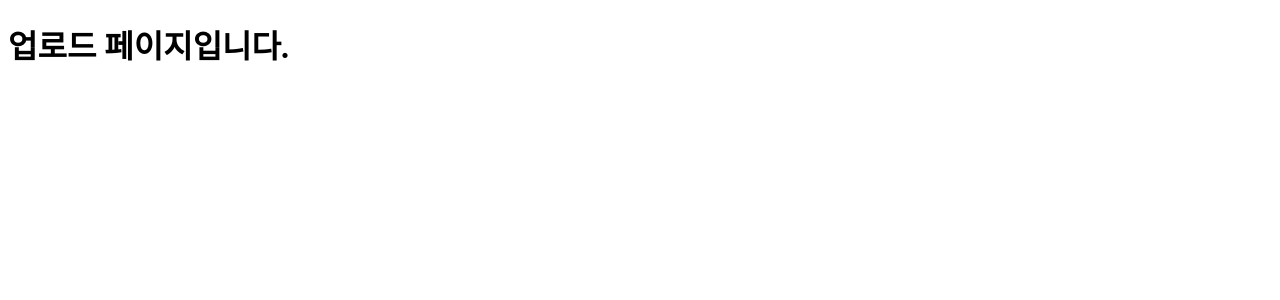
Repository: porivas/140630_Java
Page: http://localhost/Day1001mini01/upload
These files come from the project's save history. The page is drawn as it stood at one moment and after the next save; the edit follows.
The browser window is 1280 px wide. The pictures show the whole page.
The page is served by Tomcat 9. Other server files are loaded and not shown.

Above is the page before, as saved 2014-10-02 09:05:22.

### Day1001mini01/WebContent/WEB-INF/jsp/uploadPage.jsp
<%@ page language="java" contentType="text/html; charset=UTF-8"
    pageEncoding="UTF-8"%>
<!DOCTYPE html PUBLIC "-//W3C//DTD HTML 4.01 Transitional//EN" "http://www.w3.org/TR/html4/loose.dtd">
<html>
<head>

	<h1>업로드 페이지입니다.</h1>
</head>
<body>
</body>
</html>

### Day1001mini01/src/org/han/web/UploadController.java
package org.han.web;

import java.io.IOException;

import javax.servlet.RequestDispatcher;
import javax.servlet.ServletException;
import javax.servlet.annotation.WebServlet;
import javax.servlet.http.HttpServlet;
import javax.servlet.http.HttpServletRequest;
import javax.servlet.http.HttpServletResponse;

/**
 * Servlet implementation class UploadController
 */
@WebServlet("/upload")
public class UploadController extends HttpServlet {
	private static final long serialVersionUID = 1L;

    /**
     * @see HttpServlet#HttpServlet()
     */
    public UploadController() {
        super();
        // TODO Auto-generated constructor stub
    }

	/**
	 * @see HttpServlet#service(HttpServletRequest request, HttpServletResponse response)
	 */
	protected void service(HttpServletRequest request, HttpServletResponse response) throws ServletException, IOException {
		// TODO Auto-generated method stub
		RequestDispatcher dispatcher = request.getRequestDispatcher("/WEB-INF/jsp/uploadPage.jsp");
		dispatcher.forward(request, response);
	}

	/**
	 * @see HttpServlet#doGet(HttpServletRequest request, HttpServletResponse response)
	 */
	protected void doGet(HttpServletRequest request, HttpServletResponse response) throws ServletException, IOException {
		// TODO Auto-generated method stub
	}

	/**
	 * @see HttpServlet#doPost(HttpServletRequest request, HttpServletResponse response)
	 */
	protected void doPost(HttpServletRequest request, HttpServletResponse response) throws ServletException, IOException {
		// TODO Auto-generated method stub
	}

}

After the next save:
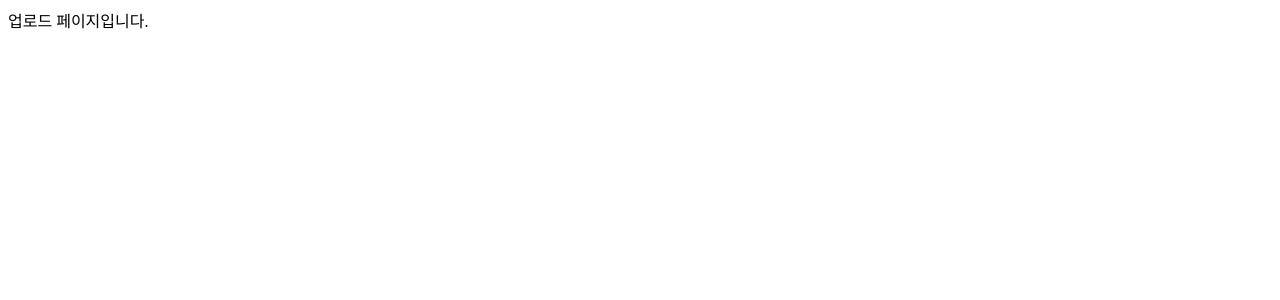
Saved 2 s later.
--- a/Day1001mini01/WebContent/WEB-INF/jsp/uploadPage.jsp
+++ b/Day1001mini01/WebContent/WEB-INF/jsp/uploadPage.jsp
@@ -2,8 +2,7 @@
     pageEncoding="UTF-8"%>
 <!DOCTYPE html PUBLIC "-//W3C//DTD HTML 4.01 Transitional//EN" "http://www.w3.org/TR/html4/loose.dtd">
 <html>
-<head>
-
+<head
 	<h1>업로드 페이지입니다.</h1>
 </head>
 <body>

After the save that followed:
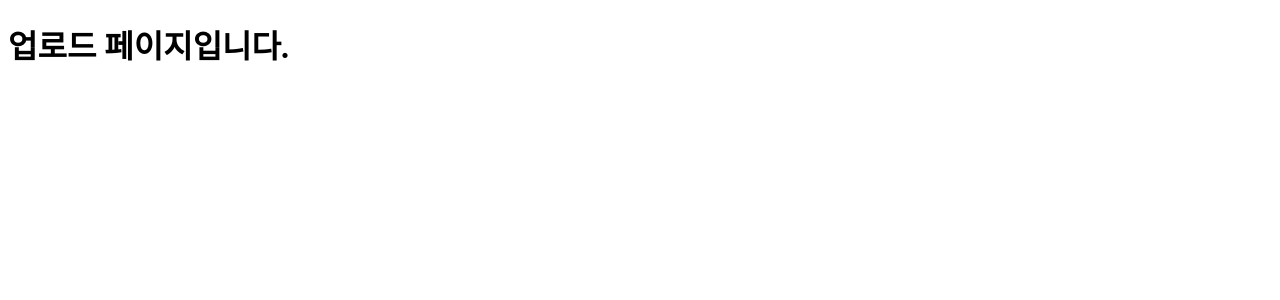
Saved 4 s later.
--- a/Day1001mini01/WebContent/WEB-INF/jsp/uploadPage.jsp
+++ b/Day1001mini01/WebContent/WEB-INF/jsp/uploadPage.jsp
@@ -2,7 +2,8 @@
     pageEncoding="UTF-8"%>
 <!DOCTYPE html PUBLIC "-//W3C//DTD HTML 4.01 Transitional//EN" "http://www.w3.org/TR/html4/loose.dtd">
 <html>
-<head
+<head>
+
 	<h1>업로드 페이지입니다.</h1>
 </head>
 <body>
